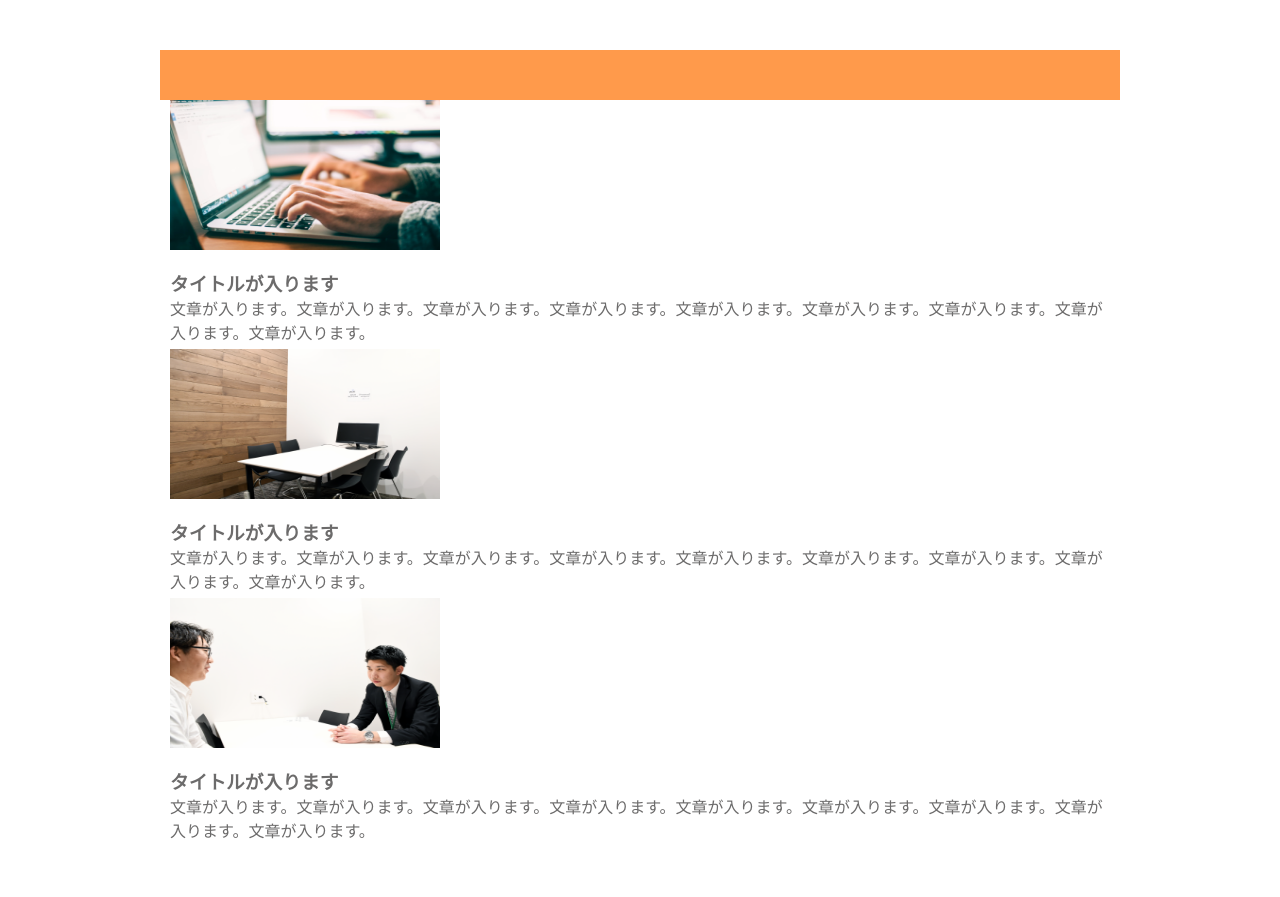
Repository: Raychel-310/chapter10
Page: chapter9_exercise_2/chapter9_exercise_2.html
The author's editor kept a record of every edit. The page is drawn from the files as they stood at one moment, then again after the next edit.
The browser window is 1280 px wide. The pictures show the whole page.

Above is the page before.

After the next edit:
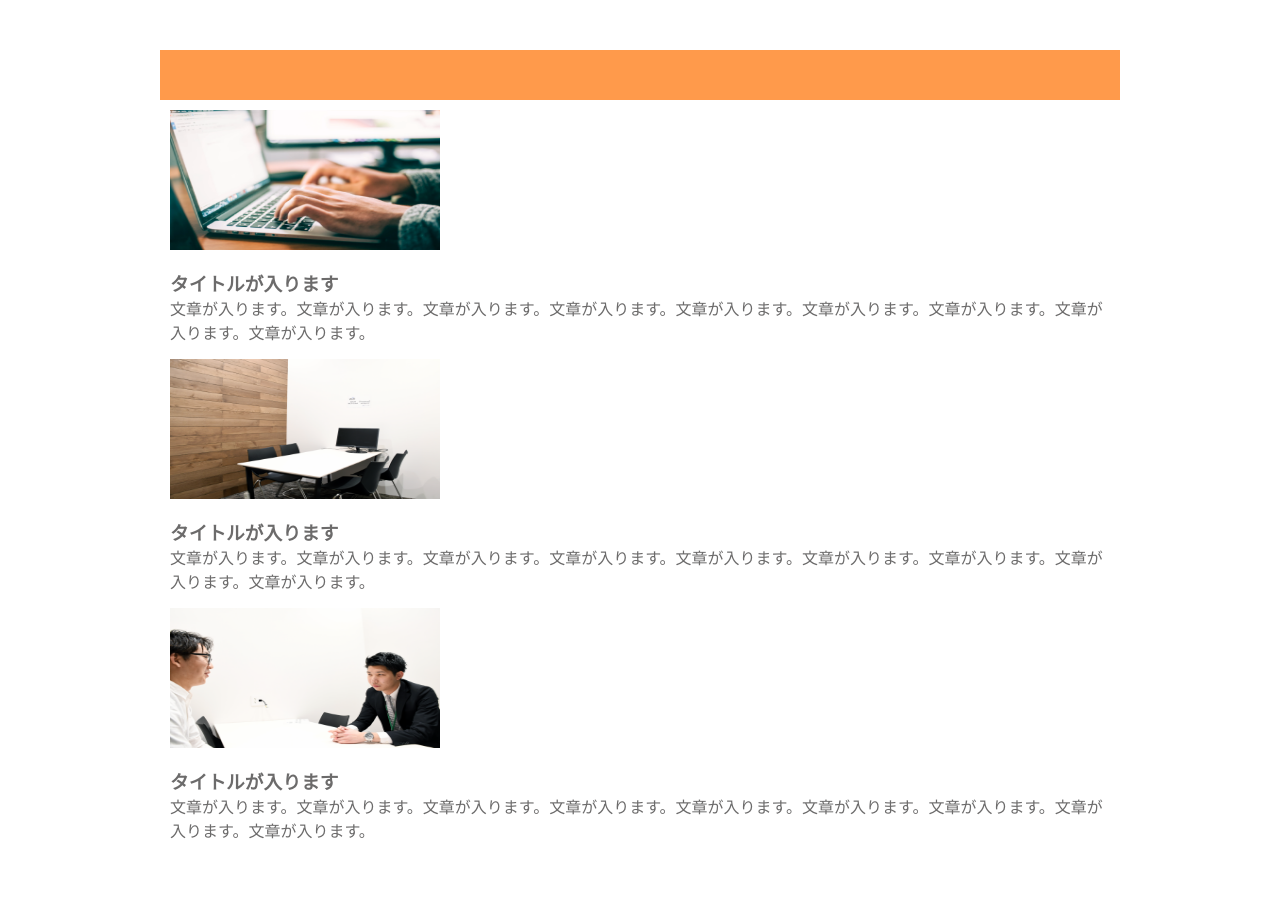
The edit:
--- a/chapter9_exercise_2/chapter9_exercise_2.css
+++ b/chapter9_exercise_2/chapter9_exercise_2.css
@@ -51,7 +51,7 @@
   height: 150px;
   padding-left: 10px;
   /*padding-right: 10px;*/
-  /*padding-top: 10px;*/
+  padding-top: 10px;
   background-position: bottom;
   background-size: cover;
 }
